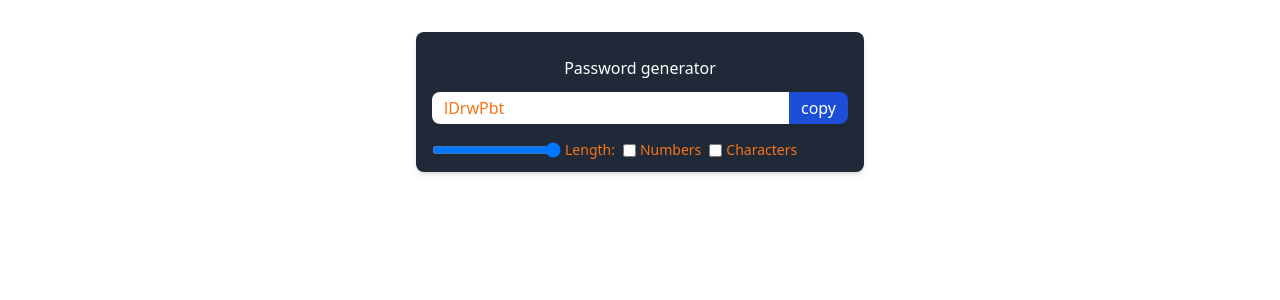
Repository: Adarshjeet0/ReactJs
Page: / (app in 05passwordGenerator/)
The author's editor kept a copy of each file at every save. The page is drawn from the files as they stood at one save, then again after a run of saves.
The browser window is 1280 px wide. The pictures show the whole page.
The project was rebuilt for these pictures with package versions that can differ from the ones it lists, and the page was loaded fresh each time. Also part of the build but not shown: 05passwordGenerator/vite.config.js.

Above is the page before, as saved 2024-12-01 11:25:10.

After the next 4 saves:
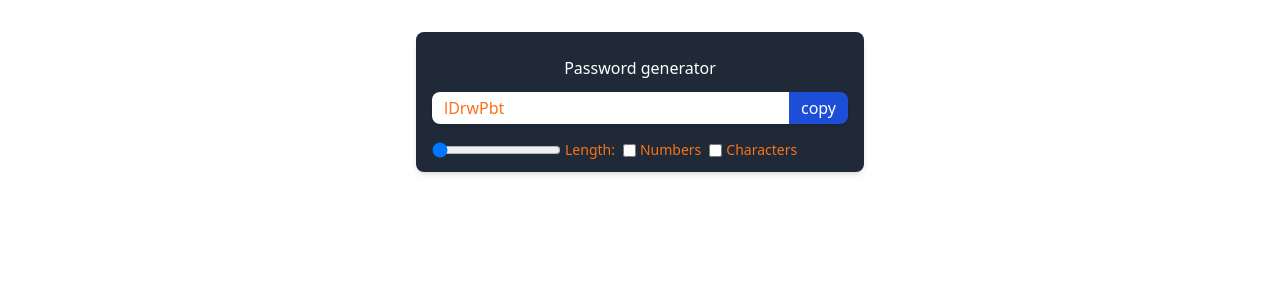
The 4 saves are shown as one change because 1 did not build or start and some came seconds apart.
The last was saved 13 s later.
--- a/05passwordGenerator/src/App.jsx
+++ b/05passwordGenerator/src/App.jsx
@@ -55,6 +55,7 @@
           type="range"
           min={8}
           max={24}
+          value = {length}
           className='cursor-pointer'
         />
         <label>Length:</label>
